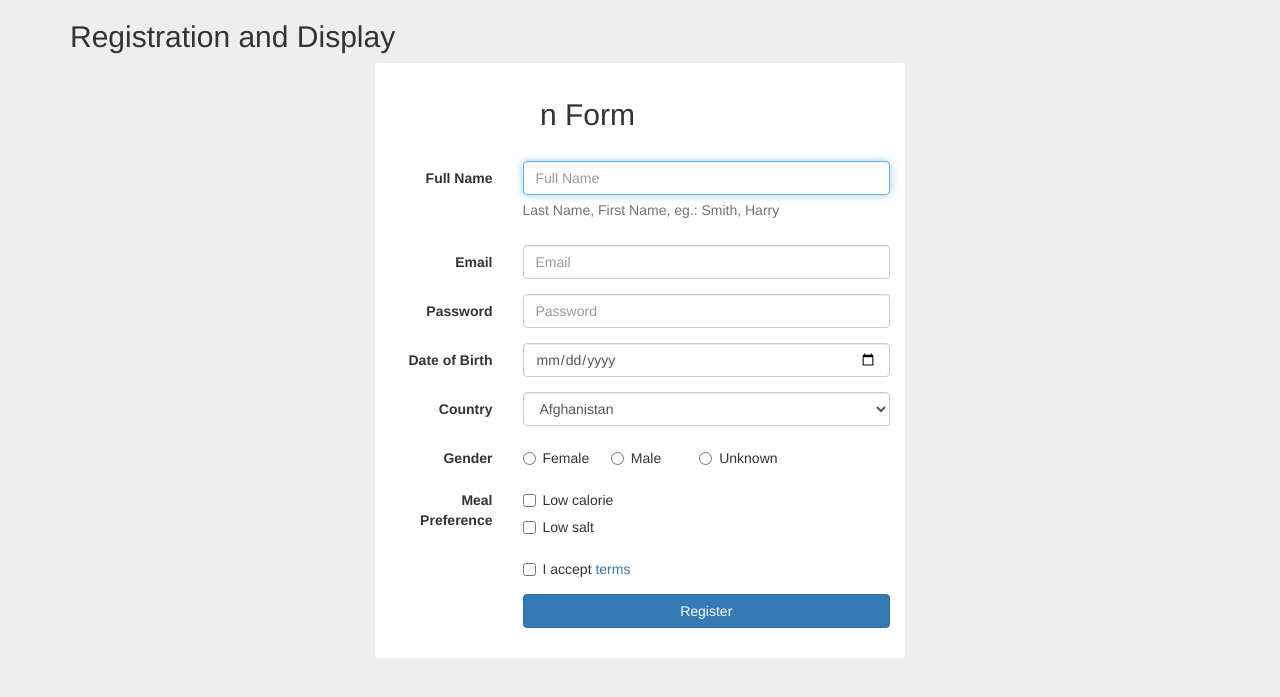
Repository: MeghaNagari/PracticeAtVMC
Page: Practice/VuePractice/WebContent/LoginDisplay.html
The author's editor kept a copy of each file at every save. The page is drawn from the files as they stood at one save, then again after the next save.
The browser window is 1280 px wide. The pictures show the whole page.
Some web libraries are served in a nearby version.

Above is the page before, as saved 2018-03-20 17:33:57.
Console error (its wording comes from the project's code and is left out).

After the next save:
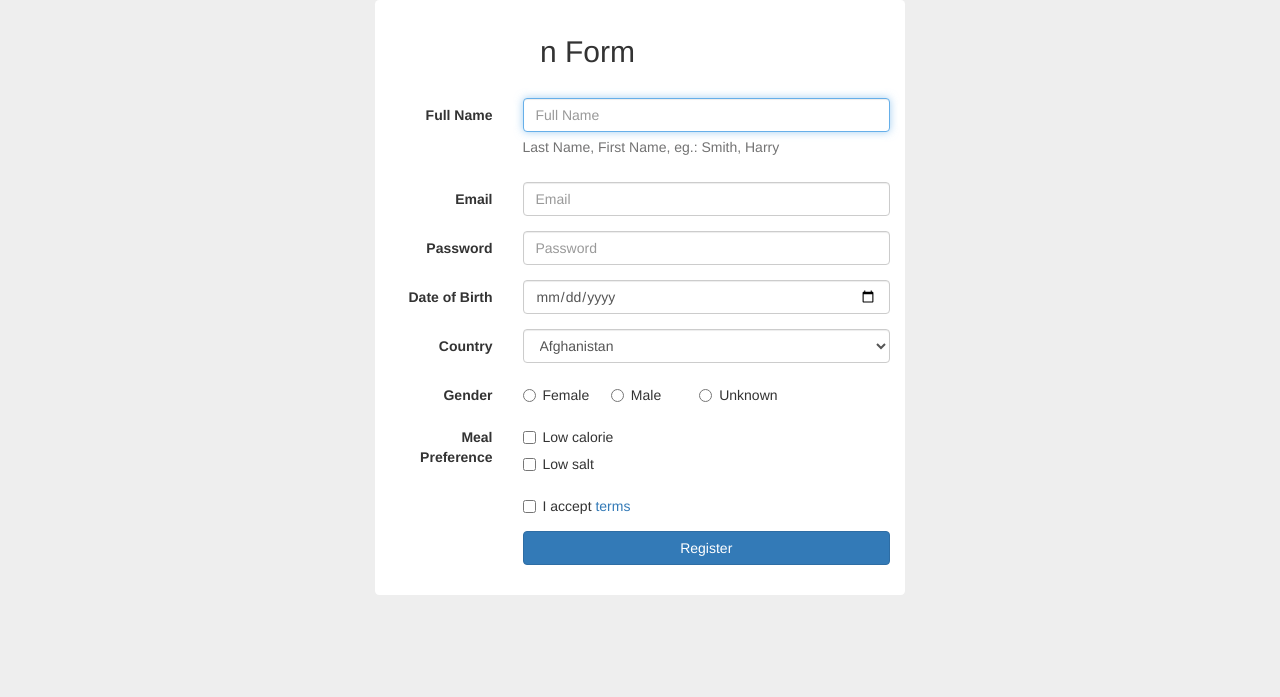
Saved 11 s later.
--- a/Practice/VuePractice/WebContent/LoginDisplay.html
+++ b/Practice/VuePractice/WebContent/LoginDisplay.html
@@ -6,7 +6,7 @@
 <!------ Include the above in your HEAD tag ---------->
 
 <div class="container">
-				<h2 style="align:center">Registration and Display</h2>
+
       <form v-on:submit.prevent="my-component"  class="form-horizontal" role="form">
                 <h2>n Form</h2>
                 <div class="form-group">
